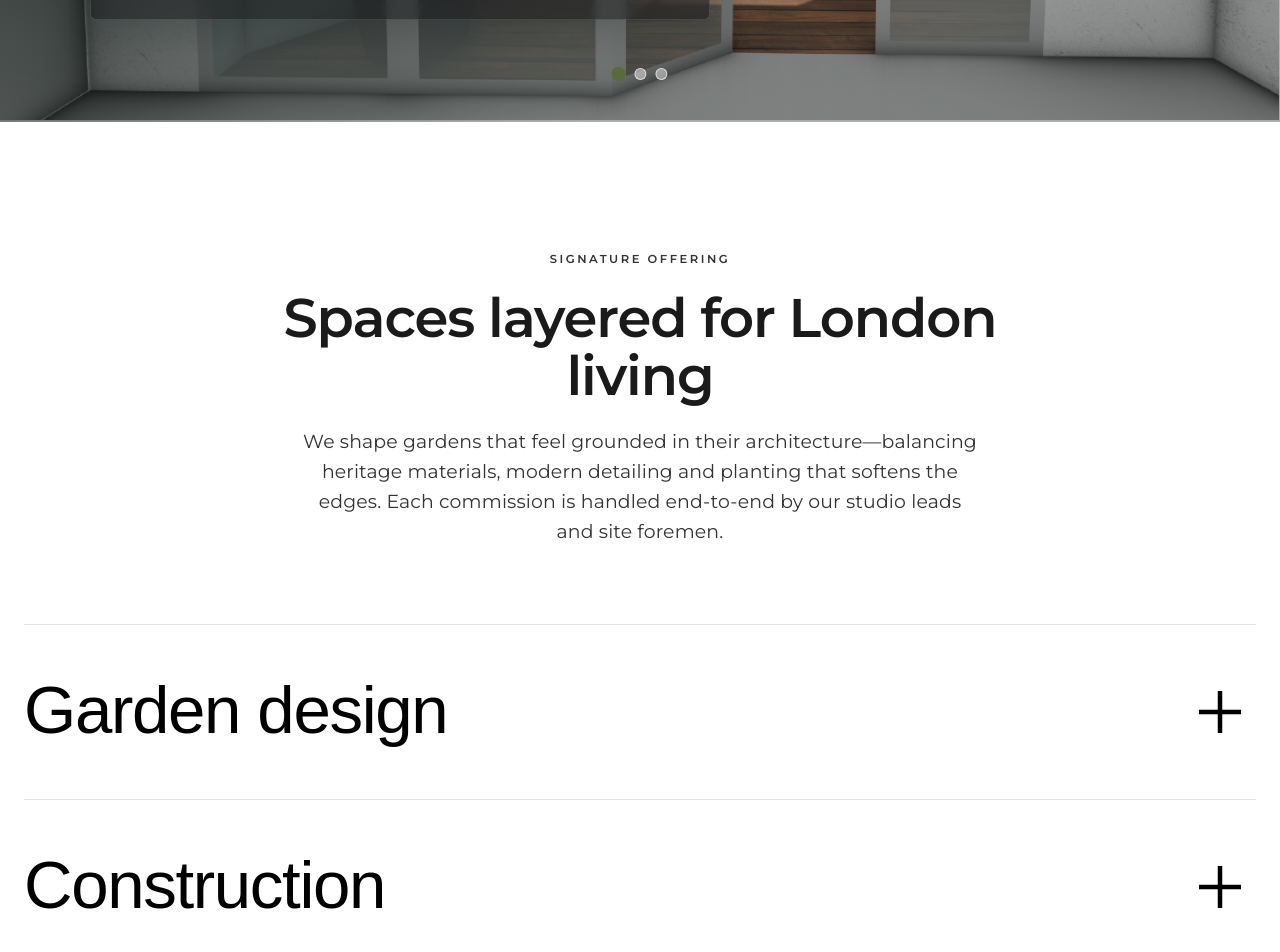
Repository: JoelMann1/MackenzieLandscapes
Page: index.html
These files come from the project's save history. The page is drawn as it stood at one moment and after the next save; the edit follows.
The browser window is 1280 px wide. The pictures show the part of the page from y = 598 to 1550 px (the page is 5588 px tall before and 5214 px after).
A picture or video elsewhere on the page could not be fetched, so the positions and the page height are approximate.

Above is the page before, as saved 2025-10-23 11:04:42.

After the next save:
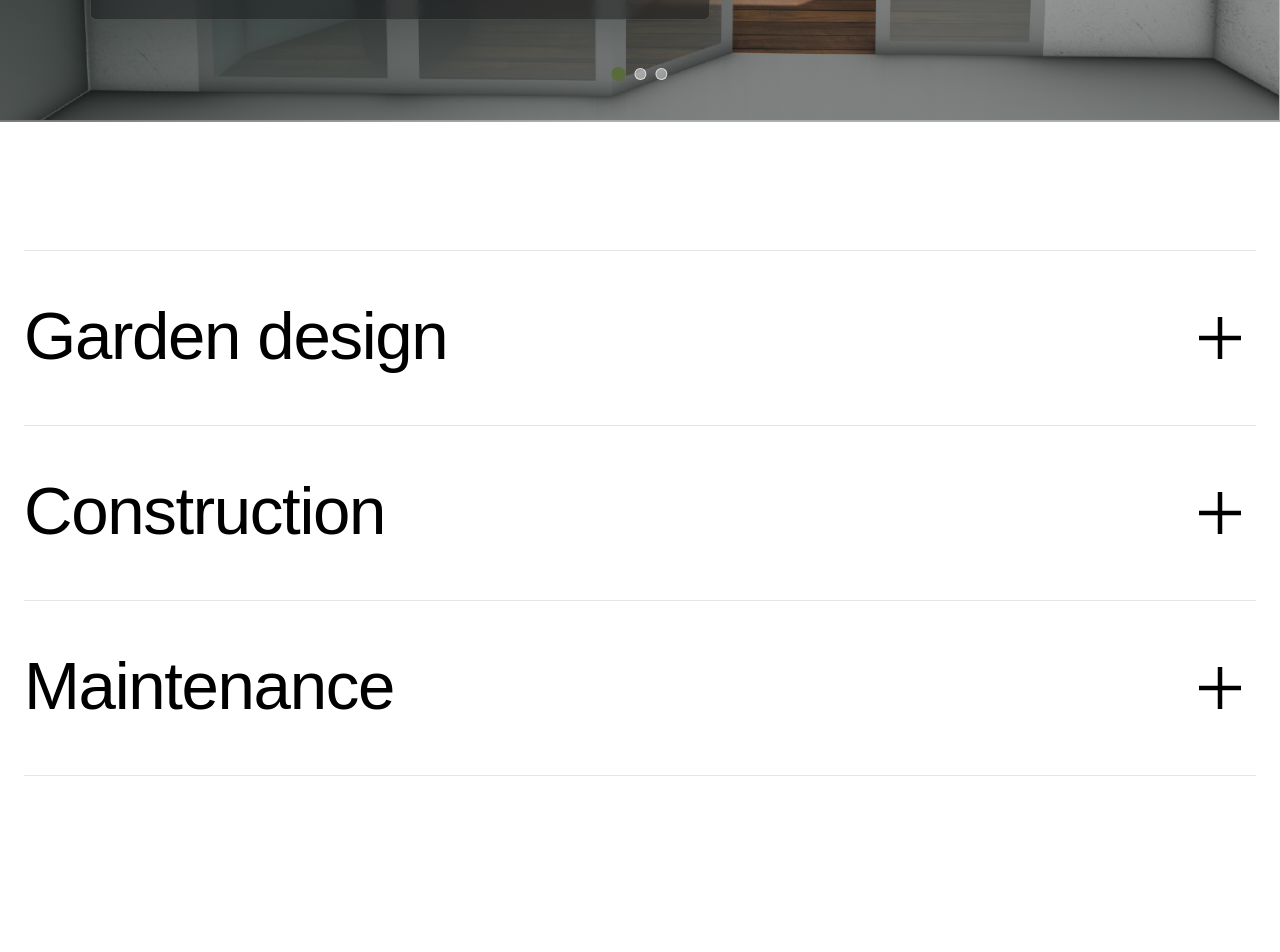
Saved 2 min 13 s later.
--- a/index.html
+++ b/index.html
@@ -176,11 +176,6 @@
 
 <section id="services" class="section section--services-accordion">
   <div class="container">
-    <div class="services-accordion__intro" data-reveal-up>
-      <p class="eyebrow eyebrow--sage">Signature offering</p>
-      <h2 class="section-title section-title--display">Spaces layered for London living</h2>
-      <p class="services-accordion__lead">We shape gardens that feel grounded in their architecture&mdash;balancing heritage materials, modern detailing and planting that softens the edges. Each commission is handled end-to-end by our studio leads and site foremen.</p>
-    </div>
     <div class="services-accordion">
       <div class="accordion-item">
         <button class="accordion-item__toggle" aria-expanded="false">
